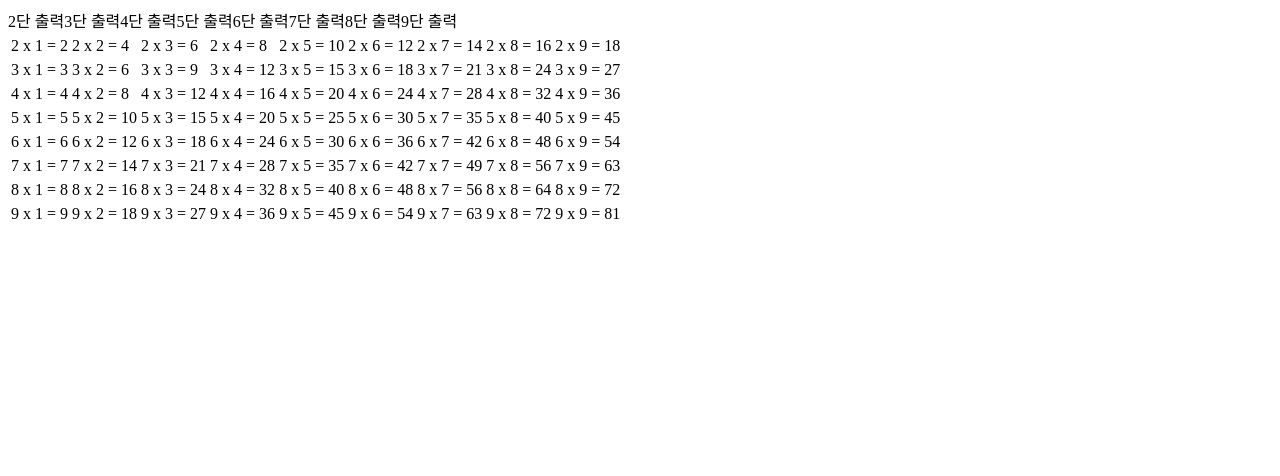
Repository: carnelli95/workspace_JSP
Page: http://localhost/MustHaveJSP/Mission/Gugudan1.jsp
These files come from the project's save history. The page is drawn as it stood at one moment and after the next save; the edit follows.
The browser window is 1280 px wide. The pictures show the whole page.
The page is served by Tomcat 9.

Above is the page before, as saved 2025-09-22 08:20:02.

After the next save:
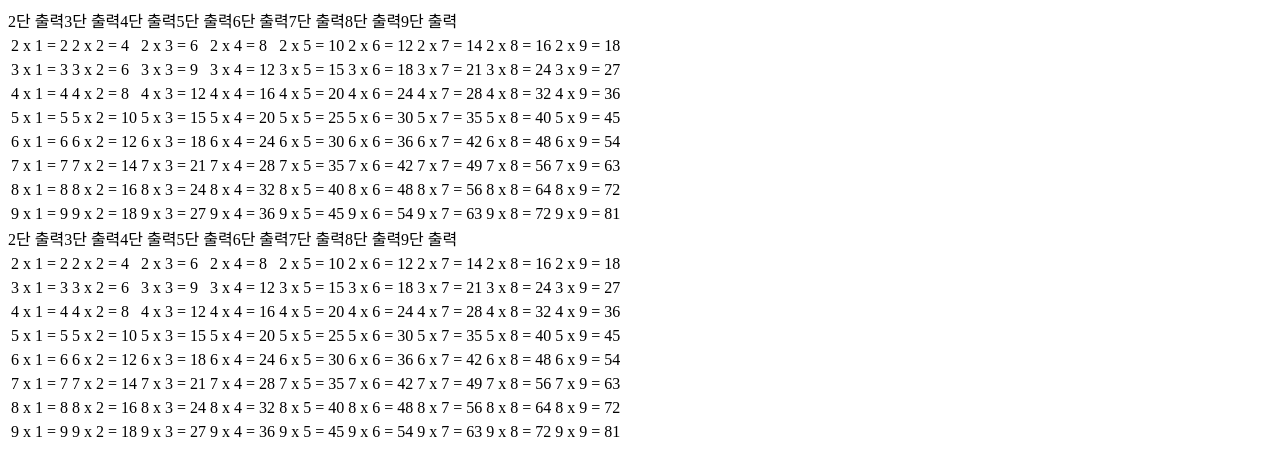
Saved 44 s later.
--- a/MustHaveJSP/src/main/webapp/Mission/Gugudan1.jsp
+++ b/MustHaveJSP/src/main/webapp/Mission/Gugudan1.jsp
@@ -22,5 +22,18 @@
 	}
 %>
 </table>
+
+
+<table>
+<%
+	for(int i = 2; i <= 9; i++) {
+
+		out.println("<tr>" + i + "단 출력</tr>");
+		for(int j = 1; j <= 9; j++) {
+			out.print("<td>" + i + " x " + j  + " = " + i * j + "</td>");
+		}
+	}
+%>
+</table>
 </body>
 </html>
